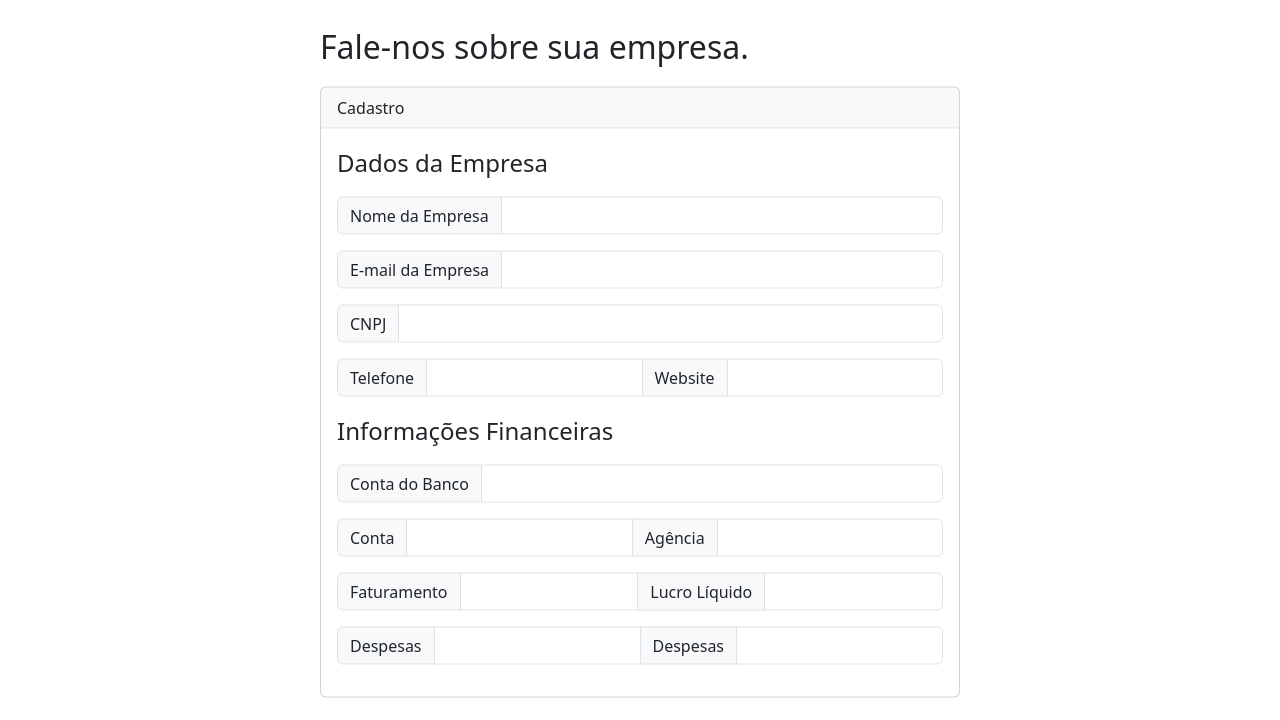
Repository: vandrecx/utilitaries
Page: http://localhost/login_archive/cadastro.php
An editor plug-in stored every save of this project. The page is shown before and after the next save, followed by the edit.
The browser window is 1280 px wide. The pictures show the whole page.
The page is run by PHP 8.4 with error messages shown; the project is at /var/www/html/.

Above is the page before, as saved 2024-05-03 13:05:24.

### login_archive/cadastro.php
<?php

require_once 'Conn.php';
include 'funcoes.php';

?>

<!DOCTYPE html>
<html lang="en">
<head>
    <meta charset="UTF-8">
    <meta name="viewport" content="width=device-width, initial-scale=1.0">
    <link href="https://cdn.jsdelivr.net/npm/bootstrap@5.3.3/dist/css/bootstrap.min.css" rel="stylesheet" integrity="sha384-QWTKZyjpPEjISv5WaRU9OFeRpok6YctnYmDr5pNlyT2bRjXh0JMhjY6hW+ALEwIH" crossorigin="anonymous">
    <title>Página de Cadastro</title>
</head>
<body>
    <div style="width: 50%; justify-content: center; position: absolute; top: 50%; left: 50%; transform: translate(-50%, -50%);">
        <p class="fs-2">Fale-nos sobre sua empresa.</p>
        <div class="card">
            <div class="card-header">
                Cadastro
            </div>
            <div class="card-body">
                <p class="fs-4">Dados da Empresa</p>
                <form method="POST" action="UserSignUp.php">
                    <div class="input-group mb-3">
                        <span class="input-group-text" id="inputGroup-sizing-default">Nome da Empresa</span>
                        <input type="text" class="form-control" aria-label="Sizing example input" aria-describedby="inputGroup-sizing-default">
                    </div>
                    <div class="input-group mb-3">
                        <span class="input-group-text" id="inputGroup-sizing-default">E-mail da Empresa</span>
                        <input type="text" class="form-control" aria-label="Sizing example input" aria-describedby="inputGroup-sizing-default">
                    </div>
                    <div class="input-group mb-3">
                        <span class="input-group-text" id="inputGroup-sizing-default">CNPJ</span>
                        <input type="text" class="form-control" aria-label="Sizing example input" aria-describedby="inputGroup-sizing-default">
                    </div>
                    <div class="input-group mb-3">
                        <span class="input-group-text" id="inputGroup-sizing-default">Telefone</span>
                        <input type="text" class="form-control" aria-label="Sizing example input" aria-describedby="inputGroup-sizing-default">
                        <span class="input-group-text" id="inputGroup-sizing-default">Website</span>
                        <input type="text" class="form-control" aria-label="Sizing example input" aria-describedby="inputGroup-sizing-default">
                    </div>
                    <p class="fs-4">Informações Financeiras</p>
                    <div class="input-group mb-3">
                        <span class="input-group-text" id="inputGroup-sizing-default">Conta do Banco</span>
                        <input type="text" class="form-control" aria-label="Sizing example input" aria-describedby="inputGroup-sizing-default">
                    </div>
                    <div class="input-group mb-3">
                        <span class="input-group-text" id="inputGroup-sizing-default">Conta</span>
                        <input type="text" class="form-control" aria-label="Sizing example input" aria-describedby="inputGroup-sizing-default">
                        <span class="input-group-text" id="inputGroup-sizing-default">Agência</span>
                        <input type="text" class="form-control" aria-label="Sizing example input" aria-describedby="inputGroup-sizing-default">
                    </div>
                    <div class="input-group mb-3">
                        <span class="input-group-text" id="inputGroup-sizing-default">Faturamento</span>
                        <input type="text" class="form-control" aria-label="Sizing example input" aria-describedby="inputGroup-sizing-default">
                        <span class="input-group-text" id="inputGroup-sizing-default">Lucro Líquido</span>
                        <input type="text" class="form-control" aria-label="Sizing example input" aria-describedby="inputGroup-sizing-default">
                    </div>
                    <div class="input-group mb-3">
                        <span class="input-group-text" id="inputGroup-sizing-default">Despesas</span>
                        <input type="text" class="form-control" aria-label="Sizing example input" aria-describedby="inputGroup-sizing-default">
                        <span class="input-group-text" id="inputGroup-sizing-default">Despesas</span>
                        <input type="text" class="form-control" aria-label="Sizing example input" aria-describedby="inputGroup-sizing-default">
                    </div>
                </form>
            </div>
        </div>
    </div>

</body>
</html>

### login_archive/Conn.php
<?php

//PDO (PHP DATA OBJECTS)

$pdo = new PDO("mysql:host=localhost; dbname=sistema; charset=UTF8", "root", ""); // REALIZA CONEXÃO COM PDO
$pdo->setAttribute(PDO::ATTR_ERRMODE, PDO::ERRMODE_EXCEPTION); // EXCEPTIONS

?>

### login_archive/funcoes.php
<?php

require_once 'Conn.php';

// FUNÇÃO RESPONSÁVEL POR SANITIZAR OS DADOS PASSADOS POR POST
function sanitizeData($input_name, $type){
    switch ($type){

        case 'text':
            return filter_input(INPUT_POST, $input_name, FILTER_SANITIZE_SPECIAL_CHARS);
            break;

        case 'email':
            $email = filter_input(INPUT_POST, $input_name, FILTER_SANITIZE_EMAIL);
            //VALIDAR EMAIL AQUI NO MEIO
            return $email;
            break;

        case 'url':
            return filter_input(INPUT_POST, $input_name, FILTER_SANITIZE_URL);
            break;

        case 'int':
            return filter_input(INPUT_POST, $input_name, FILTER_SANITIZE_NUMBER_INT);
            break;

        case 'float':
            return filter_input(INPUT_POST, $input_name, FILTER_SANITIZE_NUMBER_FLOAT);
            break;

        default:
            return $input_name;
    }
}

// GERA SENHA ALEATÓRIA DE 6 CARACTERES
function generatePassword(){
    $chars = 'abcdefghijklmnopqrstuvwxyzABCDEFGHIJKLMNOPQRSTUVWXYZ0123456789!@#$%^&*()-_=+';
    return substr(str_shuffle($chars), 0, 5) . substr(str_shuffle('ABCDEFGHIJKLMNOPQRSTUVWXYZ!@#$%^&*()-_=+'), 0, 1);
}

// ATUALIZA SENHA (usada em ForgotPassword.php)
function updatePass($newpass, $email, $pdo){

    try{

        $update = $pdo->prepare("UPDATE entidade SET s_password_entidade = :new_pass WHERE s_enterpriseemail_entidade = :s_enterpriseemail_entidade");
        $update->bindParam(':new_pass', $newpass);
        $update->bindParam(':s_enterpriseemail_entidade', $email);
        $update->execute();

    } catch(PDOException $err) {

        echo 'Erro na atualização: ' . $err;

    }

}

//ESCONDE EMAIL DE RECUPERAÇÃO PASSADO POR SESSION
function hideEmail(){

    session_start();

    $email = $_SESSION['pass_repair'];
    $encript_email = substr($email, 0, 5);
    $result_email = $encript_email . str_repeat("*", strlen($email) - 5);

    session_destroy();

    return $result_email;
}

?>

After the next save:
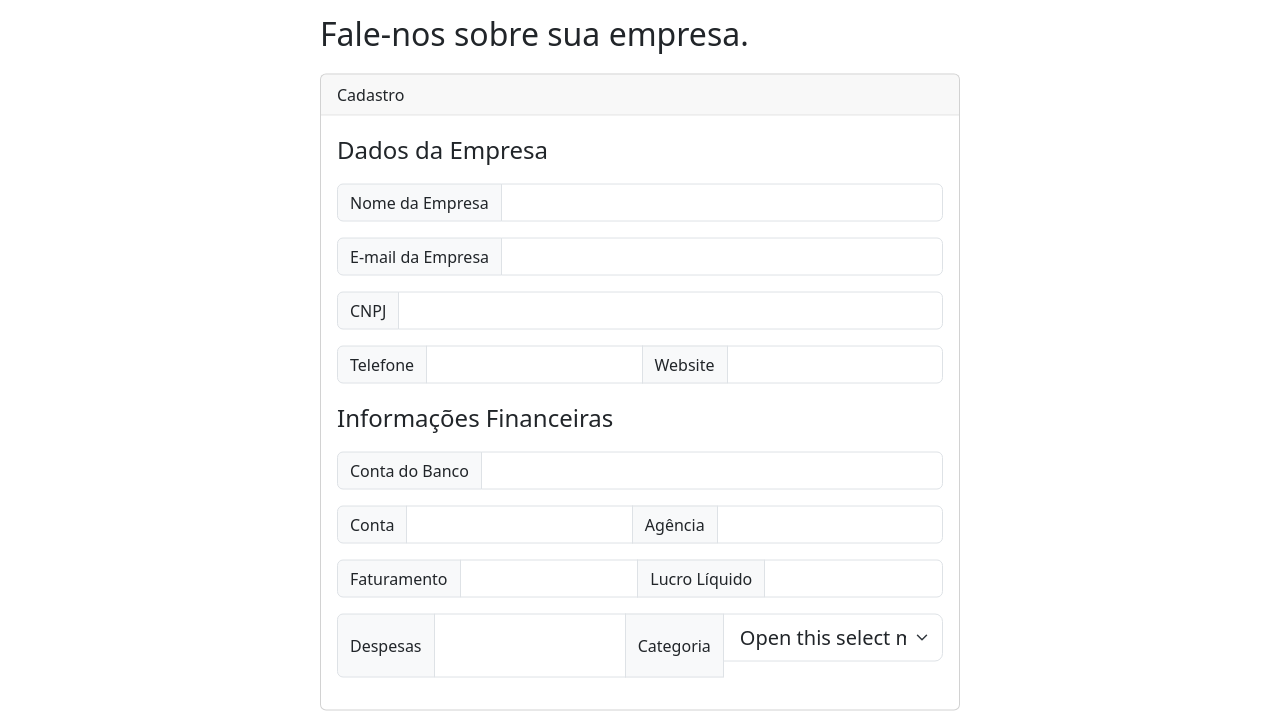
Saved 49 s later.
--- a/login_archive/cadastro.php
+++ b/login_archive/cadastro.php
@@ -61,8 +61,13 @@
                     <div class="input-group mb-3">
                         <span class="input-group-text" id="inputGroup-sizing-default">Despesas</span>
                         <input type="text" class="form-control" aria-label="Sizing example input" aria-describedby="inputGroup-sizing-default">
-                        <span class="input-group-text" id="inputGroup-sizing-default">Despesas</span>
-                        <input type="text" class="form-control" aria-label="Sizing example input" aria-describedby="inputGroup-sizing-default">
+                        <span class="input-group-text" id="inputGroup-sizing-default">Categoria</span>
+                        <select class="form-select form-select-lg mb-3" aria-label="Large select example">
+                            <option selected>Open this select menu</option>
+                            <option value="1">One</option>
+                            <option value="2">Two</option>
+                            <option value="3">Three</option>
+                        </select>
                     </div>
                 </form>
             </div>

After the save that followed:
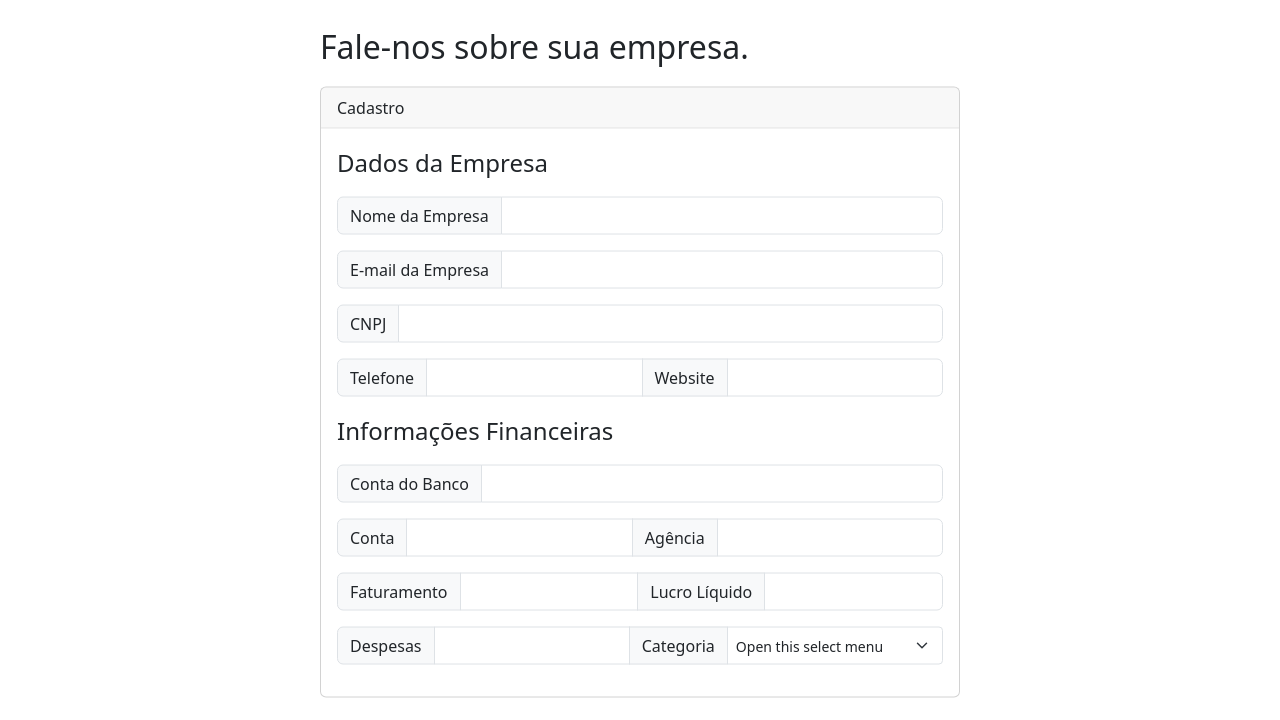
Saved 32 s later.
--- a/login_archive/cadastro.php
+++ b/login_archive/cadastro.php
@@ -62,7 +62,7 @@
                         <span class="input-group-text" id="inputGroup-sizing-default">Despesas</span>
                         <input type="text" class="form-control" aria-label="Sizing example input" aria-describedby="inputGroup-sizing-default">
                         <span class="input-group-text" id="inputGroup-sizing-default">Categoria</span>
-                        <select class="form-select form-select-lg mb-3" aria-label="Large select example">
+                        <select class="form-select form-select-sm" aria-label="Large select example">
                             <option selected>Open this select menu</option>
                             <option value="1">One</option>
                             <option value="2">Two</option>
